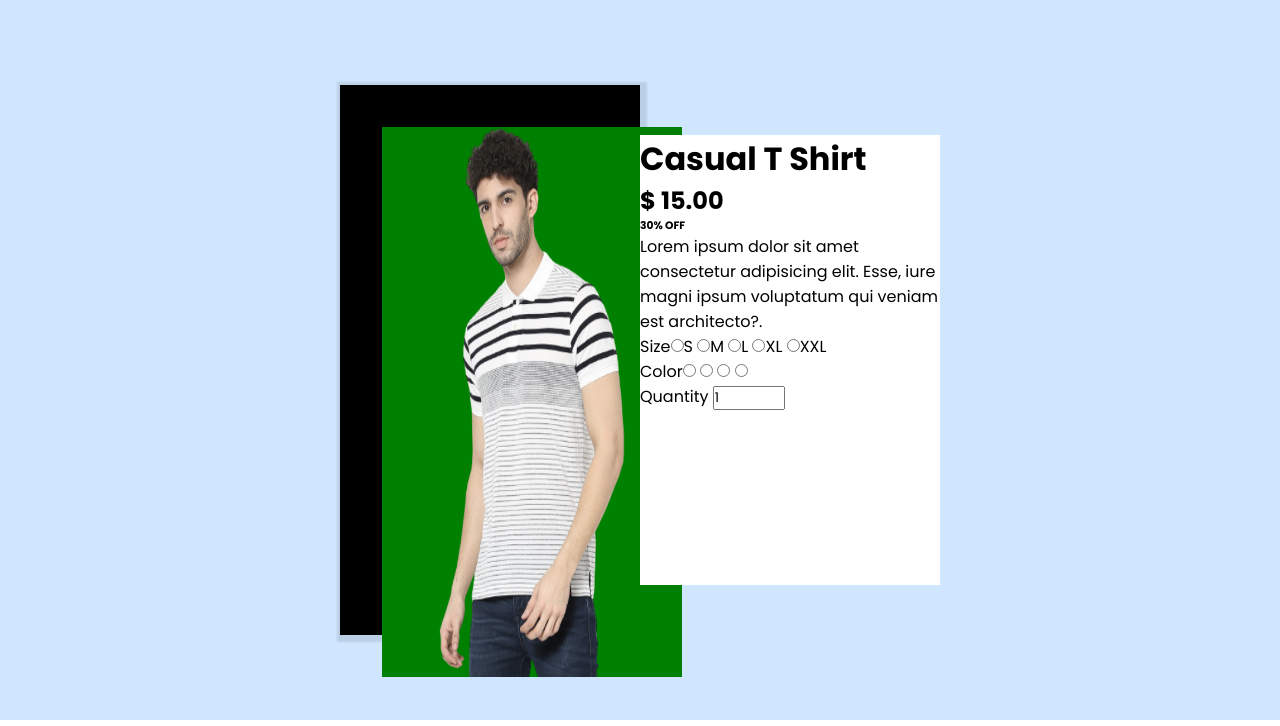
Repository: Ankitkr2021/Product-Page
Page: index.html
The author's editor kept a copy of each file at every save. The page is drawn from the files as they stood at one save, then again after the next save.
The browser window is 1280 px wide. The pictures show the whole page.

Above is the page before, as saved 2025-10-24 10:54:12.

After the next save:
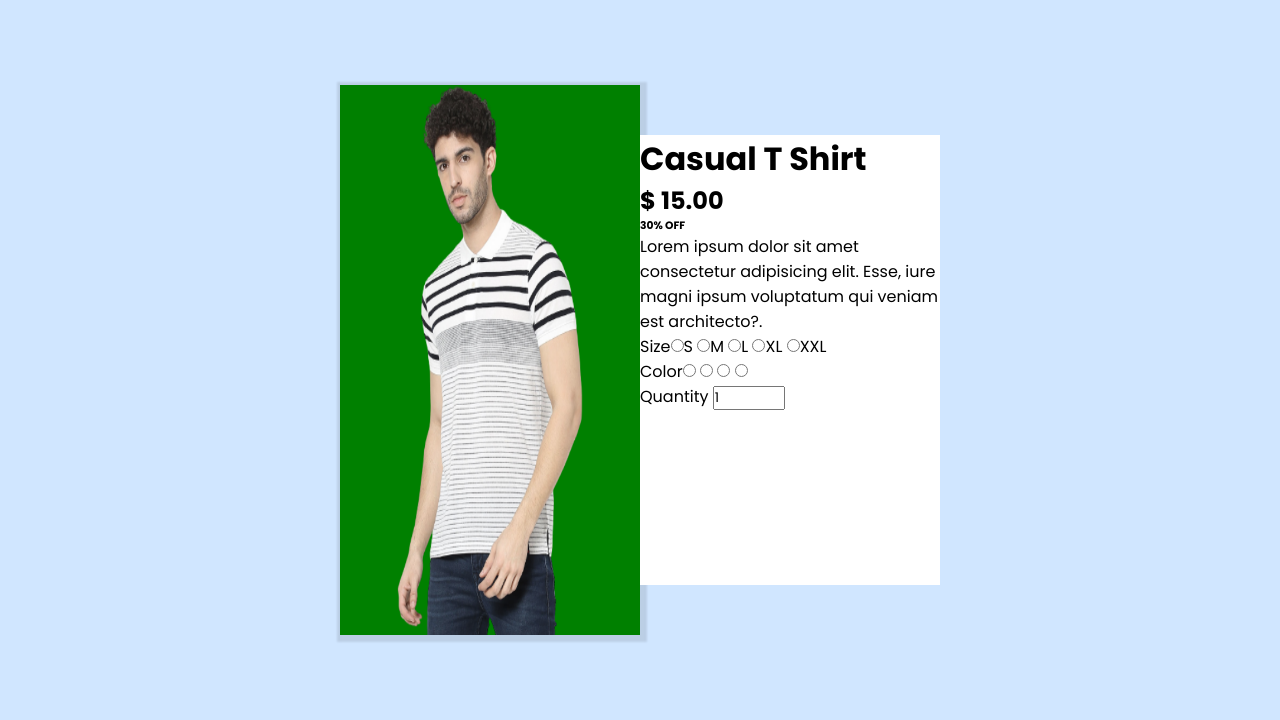
Saved 5 s later.
--- a/style.css
+++ b/style.css
@@ -25,7 +25,7 @@
 
 img {
     background: green;
-    margin: 42px;
+    /* margin: 42px; */
     height: 550px;
     width: 300px;
 }
